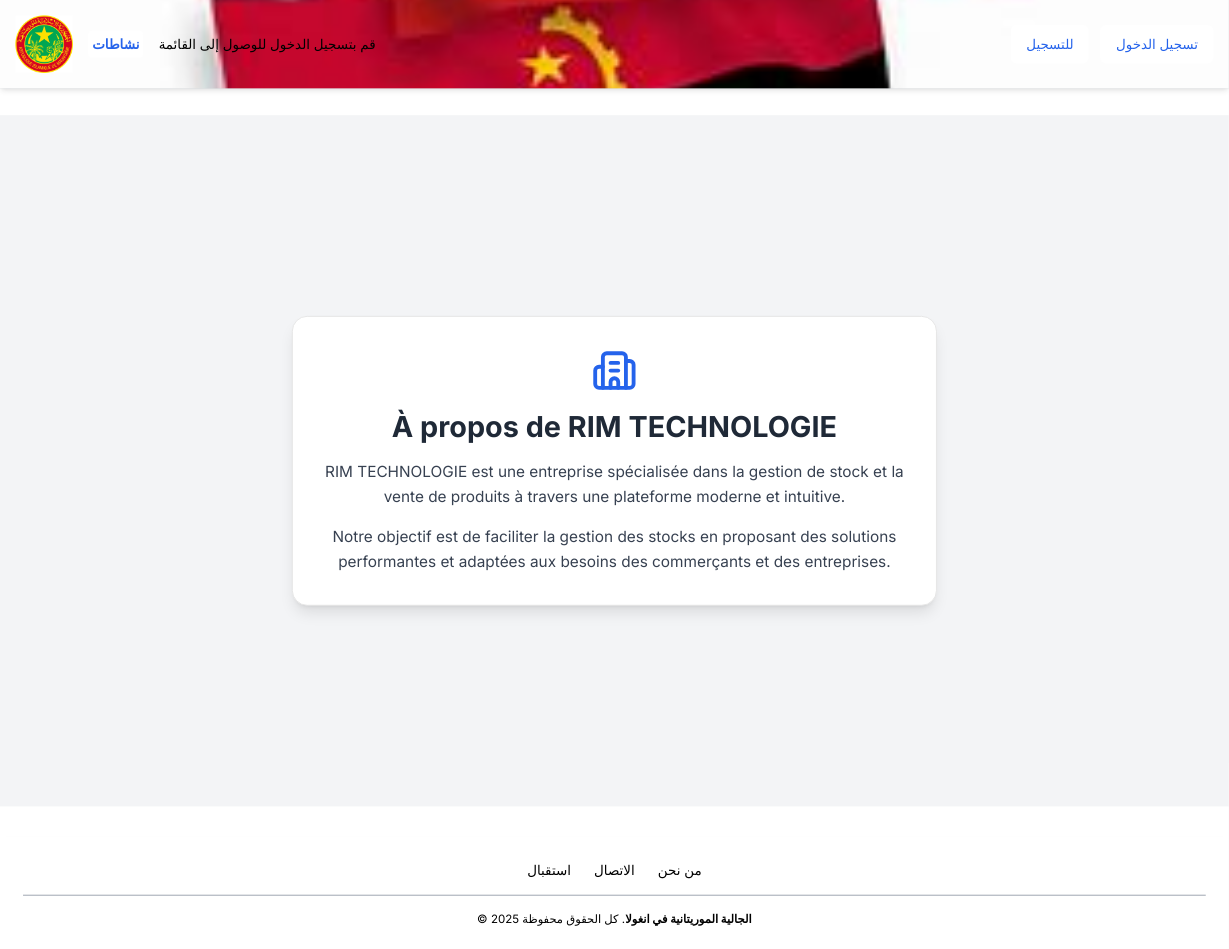
Repository: lamatmed/cmra
Page: /about
The author's editor kept a copy of each file at every save. The page is drawn from the files as they stood at one save, then again after the next save.
The browser window is 1280 px wide. The pictures show the whole page, at 96% of full size.
The project was rebuilt for these pictures with package versions that can differ from the ones it lists, and the page was loaded fresh each time. The framework's server and built-in components were replaced by stand-ins that run in the browser. Also part of the build but not shown: next.config.js, components/ui/dropdown-menu.tsx.

Above is the page before, as saved 2025-04-12 20:00:10.

### app/layout.tsx
import "./globals.css";
import type { Metadata } from "next";
import { Inter } from "next/font/google";
import { AuthProvider } from "@/components/AuthContext";
import NavBar from "@/components/NavBar";
import { Toaster } from "@/components/ui/toaster";
import Footer from "@/components/Footer";

const inter = Inter({ subsets: ["latin"] });

export const metadata: Metadata = {
  title: "الجالية الموريتانية في انغولا",
  description: "Application",
  icons: "/logo.png",
};

export default function RootLayout({
  children,
}: {
  children: React.ReactNode;
}) {
  return (
    <html lang="fr" className={inter.className} suppressHydrationWarning>
      <body className="flex flex-col min-h-screen">
        <AuthProvider>
          <NavBar />
          <main className="flex-grow mt-7">{children}</main>
          <Footer />
        </AuthProvider>
        <Toaster /> {/* Placer Toaster en dehors d'AuthProvider pour éviter sa réinitialisation */}
      </body>
    </html>
  );
}

### app/about/page.tsx
"use client";

import { motion } from "framer-motion";
import { Building2 } from "lucide-react";
import { Card, CardContent } from "@/components/ui/card";

const About = () => {
  return (
    <motion.div
      initial={{ opacity: 0, y: 20 }}
      animate={{ opacity: 1, y: 0 }}
      transition={{ duration: 0.6 }}
      className="flex justify-center items-center min-h-screen bg-gray-100 px-4"
    >
      <Card className="w-full max-w-2xl shadow-lg rounded-2xl overflow-hidden">
        <CardContent className="p-8 text-center">
          <div className="flex justify-center mb-4">
            <Building2 className="w-12 h-12 text-blue-600" />
          </div>
          <h1 className="text-3xl font-bold text-gray-800 mb-4">À propos de RIM TECHNOLOGIE</h1>
          <p className="text-gray-700 leading-relaxed">
            RIM TECHNOLOGIE est une entreprise spécialisée dans la gestion de stock et la vente de
            produits à travers une plateforme moderne et intuitive.
          </p>
          <p className="text-gray-700 leading-relaxed mt-4">
            Notre objectif est de faciliter la gestion des stocks en proposant des solutions performantes et adaptées aux besoins des commerçants et des entreprises.
          </p>
        </CardContent>
      </Card>
    </motion.div>
  );
};

export default About;

### components/AuthContext.tsx
"use client";

import { createContext, useState, useEffect, useCallback } from "react";

interface User {
  nni: string;
  id: string;
  name: string;
  role: string;
  photo: string| undefined;
  address: string| undefined;
  job:  string| undefined;
  domain : string| undefined;
  cv: string| undefined
}

interface AuthContextType {
  user: User | null;
  isAuthenticated: boolean;
  login: (token: string) => void;
  logout: () => void;
}

export const AuthContext = createContext<AuthContextType | null>(null);

export function AuthProvider({ children }: { children: React.ReactNode }) {
  const [user, setUser] = useState<User | null>(null);
  const [isAuthenticated, setIsAuthenticated] = useState(false);

  // ✅ `fetchUser` est maintenant stable grâce à `useCallback`
  const fetchUser = useCallback((token: string) => {
    console.log("🔍 Envoi du token pour récupération de l'utilisateur...");

    fetch("/api/me", {
      headers: { Authorization: `Bearer ${token}` },
    })
      .then((res) => res.json())
      .then((data) => {
        console.log("🔍 Réponse API:", data);
        if (data.user) {
          setUser(data.user);
          setIsAuthenticated(true);
        } else {
          throw new Error("Utilisateur non trouvé");
        }
      })
      .catch((error) => {
        console.log("❌ Erreur lors de la récupération de l'utilisateur:", error);
        logout(); // Un seul appel ici
      });
  }, []);


  useEffect(() => {
    const token = localStorage.getItem("token");
    if (token) {
      fetchUser(token); // ✅ Plus de warning
    }
  }, [fetchUser]); // ✅ fetchUser est maintenant stable

  function login(token: string) {
    console.log("✅ Connexion réussie, stockage du token...");
    localStorage.setItem("token", token);
    fetchUser(token);
  }

  function logout() {
    console.log("🚪 Déconnexion, suppression du token...");
    localStorage.removeItem("token");
    setUser(null);
    setIsAuthenticated(false);
  }

  return (
    <AuthContext.Provider value={{ user, isAuthenticated, login, logout }}>
      {children}
    </AuthContext.Provider>
  );
}

### components/ui/toaster.tsx
'use client';

import { useToast } from '@/hooks/use-toast';
import {
  Toast,
  ToastClose,
  ToastDescription,
  ToastProvider,
  ToastTitle,
  ToastViewport,
} from '@/components/ui/toast';

export function Toaster() {
  const { toasts } = useToast();

  return (
    <ToastProvider>
      {toasts.map(function ({ id, title, description, action, ...props }) {
        return (
          <Toast key={id} {...props}>
            <div className="grid gap-1">
              {title && <ToastTitle>{title}</ToastTitle>}
              {description && (
                <ToastDescription>{description}</ToastDescription>
              )}
            </div>
            {action}
            <ToastClose />
          </Toast>
        );
      })}
      <ToastViewport />
    </ToastProvider>
  );
}

### components/Footer.tsx
"use client";

import Link from "next/link";
import { motion } from "framer-motion";

const Footer = () => {
  return (
    <motion.footer
      initial={{ opacity: 0, y: 20 }}
      animate={{ opacity: 1, y: 0 }}
      transition={{ duration: 0.6 }}
      className="w-full py-6 bg-gradient-to-r from-gray-900 to-gray-700 text-white shadow-md mt-8"
      style={{
        backgroundImage: "url('/')", // Remplace par ton image
        backgroundSize: "cover",
        backgroundPosition: "center",
      }}
    >
      <div className="container mx-auto px-6 max-w-7xl text-center">
        {/* Liens rapides */}
        <nav className="mb-4 flex justify-center space-x-6 bg-white text-black">
          <Link href="/" className="text-sm hover:bg-blue-400 transition ">
            استقبال
          </Link>
          <Link
            href="/contact"
            className="text-sm hover:text-blue-900transition hover:bg-blue-400 "
          >
            الاتصال
          </Link>
          <Link
            href="/about"
            className="text-sm hover:bg-blue-400 transition"
          >
            من نحن
          </Link>
        </nav>

        {/* Copyright */}
        <div className="border-t border-gray-400 pt-4 text-center px-2 sm:px-4">
          <p className="text-[10px] sm:text-xs text-black whitespace-nowrap bg-white">
            © {new Date().getFullYear()}{" "}
            <span className="font-bold">الجالية الموريتانية في انغولا</span>
            . كل الحقوق محفوظة
          </p>
        </div>
      </div>
    </motion.footer>
  );
};

export default Footer;

### components/ui/card.tsx
import * as React from 'react';

import { cn } from '@/lib/utils';

const Card = React.forwardRef<
  HTMLDivElement,
  React.HTMLAttributes<HTMLDivElement>
>(({ className, ...props }, ref) => (
  <div
    ref={ref}
    className={cn(
      'rounded-lg border bg-card text-card-foreground shadow-sm',
      className
    )}
    {...props}
  />
));
Card.displayName = 'Card';

const CardHeader = React.forwardRef<
  HTMLDivElement,
  React.HTMLAttributes<HTMLDivElement>
>(({ className, ...props }, ref) => (
  <div
    ref={ref}
    className={cn('flex flex-col space-y-1.5 p-6', className)}
    {...props}
  />
));
CardHeader.displayName = 'CardHeader';

const CardTitle = React.forwardRef<
  HTMLParagraphElement,
  React.HTMLAttributes<HTMLHeadingElement>
>(({ className, ...props }, ref) => (
  <h3
    ref={ref}
    className={cn(
      'text-2xl font-semibold leading-none tracking-tight',
      className
    )}
    {...props}
  />
));
CardTitle.displayName = 'CardTitle';

const CardDescription = React.forwardRef<
  HTMLParagraphElement,
  React.HTMLAttributes<HTMLParagraphElement>
>(({ className, ...props }, ref) => (
  <p
    ref={ref}
    className={cn('text-sm text-muted-foreground', className)}
    {...props}
  />
));
CardDescription.displayName = 'CardDescription';

const CardContent = React.forwardRef<
  HTMLDivElement,
  React.HTMLAttributes<HTMLDivElement>
>(({ className, ...props }, ref) => (
  <div ref={ref} className={cn('p-6 pt-0', className)} {...props} />
));
CardContent.displayName = 'CardContent';

const CardFooter = React.forwardRef<
  HTMLDivElement,
  React.HTMLAttributes<HTMLDivElement>
>(({ className, ...props }, ref) => (
  <div
    ref={ref}
    className={cn('flex items-center p-6 pt-0', className)}
    {...props}
  />
));
CardFooter.displayName = 'CardFooter';

export {
  Card,
  CardHeader,
  CardFooter,
  CardTitle,
  CardDescription,
  CardContent,
};

### components/ui/button.tsx
import * as React from 'react';
import { Slot } from '@radix-ui/react-slot';
import { cva, type VariantProps } from 'class-variance-authority';

import { cn } from '@/lib/utils';

const buttonVariants = cva(
  'inline-flex items-center justify-center whitespace-nowrap rounded-md text-sm font-medium ring-offset-background transition-colors focus-visible:outline-none focus-visible:ring-2 focus-visible:ring-ring focus-visible:ring-offset-2 disabled:pointer-events-none disabled:opacity-50',
  {
    variants: {
      variant: {
        default: 'bg-primary text-primary-foreground hover:bg-primary/90',
        destructive:
          'bg-destructive text-destructive-foreground hover:bg-destructive/90',
        outline:
          'border border-input bg-background hover:bg-accent hover:text-accent-foreground',
        secondary:
          'bg-secondary text-secondary-foreground hover:bg-secondary/80',
        ghost: 'hover:bg-accent hover:text-accent-foreground',
        link: 'text-primary underline-offset-4 hover:underline',
      },
      size: {
        default: 'h-10 px-4 py-2',
        sm: 'h-9 rounded-md px-3',
        lg: 'h-11 rounded-md px-8',
        icon: 'h-10 w-10',
      },
    },
    defaultVariants: {
      variant: 'default',
      size: 'default',
    },
  }
);

export interface ButtonProps
  extends React.ButtonHTMLAttributes<HTMLButtonElement>,
    VariantProps<typeof buttonVariants> {
  asChild?: boolean;
}

const Button = React.forwardRef<HTMLButtonElement, ButtonProps>(
  ({ className, variant, size, asChild = false, ...props }, ref) => {
    const Comp = asChild ? Slot : 'button';
    return (
      <Comp
        className={cn(buttonVariants({ variant, size, className }))}
        ref={ref}
        {...props}
      />
    );
  }
);
Button.displayName = 'Button';

export { Button, buttonVariants };

### components/main-nav.tsx
"use client"

import Link from "next/link"
import { usePathname } from "next/navigation"
import { useContext } from "react"
import { AuthContext } from "@/components/AuthContext"
import { cn } from "@/lib/utils"
import {
  Users,
  Clipboard,
  ComputerIcon ,
  LayoutDashboard
} from "lucide-react"

type NavigationItem = {
  name: string;
  href: string;
  icon: React.ComponentType<any>;
}

type Navigation = {
  ADMIN: NavigationItem[];
  USER: NavigationItem[];

}

const navigation: Navigation = {
  ADMIN: [
    { name: "لوحه القياده", href: "/dashboard", icon: LayoutDashboard },

    { name: "مساحتي", href: "/dashboard/espace-user", icon: ComputerIcon},
    { name: "اعضاء", href: "/dashboard/users", icon: Users },
    { name: "انتخاب", href: "/dashboard/config-vote", icon: Clipboard },
  ],
  USER: [
    { name: "لوحه القياده", href: "/dashboard", icon: LayoutDashboard },
    { name: "مساحتي", href: "/dashboard/espace-user", icon: Users },

  ],

}

export function MainNav() {
  const pathname = usePathname()
  const { user, isAuthenticated } = useContext(AuthContext)!;

  // Vérifier le rôle de l'utilisateur
  const userRole = user?.role || "USER";
  const allowedNavigation = navigation[userRole as keyof Navigation] || navigation.USER;

  return (
    <nav className="flex flex-col md:flex-row items-center md:space-x-6 space-y-2 md:space-y-0">
      {isAuthenticated && user ? (
        allowedNavigation.map((item) => {
          const Icon = item.icon
          const isActive = pathname === item.href

          return (
            <Link
              key={item.href}
              href={item.href}
              className={cn(
                "flex items-center text-sm font-medium transition-colors duration-200 px-4 py-2 rounded-lg w-full md:w-auto",
                isActive
                  ? "text-blue-600 bg-gray-100 md:border-b-2 border-blue-600"
                  : "text-gray-700 bg-white hover:text-blue-500 hover:bg-gray-100"
              )}
            >
              <Icon className="mr-2 h-5 w-5" />
              {item.name}
            </Link>
          )
        })
      ) : (
          <span className="text-black text-sm">قم بتسجيل الدخول للوصول إلى القائمة</span>
      )}
    </nav>
  )
}

### hooks/use-toast.ts
'use client';

import { ToastActionElement, ToastProps } from '@/components/ui/toast';
// Inspired by react-hot-toast library
import * as React from 'react';



const TOAST_LIMIT = 1;
const TOAST_REMOVE_DELAY = 1000000;

type ToasterToast = ToastProps& {
  id: string;
  title?: React.ReactNode;
  description?: React.ReactNode;
  action?: ToastActionElement;
};

const actionTypes = {
  ADD_TOAST: 'ADD_TOAST',
  UPDATE_TOAST: 'UPDATE_TOAST',
  DISMISS_TOAST: 'DISMISS_TOAST',
  REMOVE_TOAST: 'REMOVE_TOAST',
} as const;

let count = 0;

function genId() {
  count = (count + 1) % Number.MAX_SAFE_INTEGER;
  return count.toString();
}

type ActionType = typeof actionTypes;

type Action =
  | {
      type: ActionType['ADD_TOAST'];
      toast: ToasterToast;
    }
  | {
      type: ActionType['UPDATE_TOAST'];
      toast: Partial<ToasterToast>;
    }
  | {
      type: ActionType['DISMISS_TOAST'];
      toastId?: ToasterToast['id'];
    }
  | {
      type: ActionType['REMOVE_TOAST'];
      toastId?: ToasterToast['id'];
    };

interface State {
  toasts: ToasterToast[];
}

const toastTimeouts = new Map<string, ReturnType<typeof setTimeout>>();

const addToRemoveQueue = (toastId: string) => {
  if (toastTimeouts.has(toastId)) {
    return;
  }

  const timeout = setTimeout(() => {
    toastTimeouts.delete(toastId);
    dispatch({
      type: 'REMOVE_TOAST',
      toastId: toastId,
    });
  }, TOAST_REMOVE_DELAY);

  toastTimeouts.set(toastId, timeout);
};

export const reducer = (state: State, action: Action): State => {
  switch (action.type) {
    case 'ADD_TOAST':
      return {
        ...state,
        toasts: [action.toast, ...state.toasts].slice(0, TOAST_LIMIT),
      };

    case 'UPDATE_TOAST':
      return {
        ...state,
        toasts: state.toasts.map((t) =>
          t.id === action.toast.id ? { ...t, ...action.toast } : t
        ),
      };

    case 'DISMISS_TOAST': {
      const { toastId } = action;

      // ! Side effects ! - This could be extracted into a dismissToast() action,
      // but I'll keep it here for simplicity
      if (toastId) {
        addToRemoveQueue(toastId);
      } else {
        state.toasts.forEach((toast) => {
          addToRemoveQueue(toast.id);
        });
      }

      return {
        ...state,
        toasts: state.toasts.map((t) =>
          t.id === toastId || toastId === undefined
            ? {
                ...t,
                open: false,
              }
            : t
        ),
      };
    }
    case 'REMOVE_TOAST':
      if (action.toastId === undefined) {
        return {
          ...state,
          toasts: [],
        };
      }
      return {
        ...state,
        toasts: state.toasts.filter((t) => t.id !== action.toastId),
      };
  }
};

const listeners: Array<(state: State) => void> = [];

let memoryState: State = { toasts: [] };

function dispatch(action: Action) {
  memoryState = reducer(memoryState, action);
  listeners.forEach((listener) => {
    listener(memoryState);
  });
}

type Toast = Omit<ToasterToast, 'id'>;

function toast({ ...props }: Toast) {
  const id = genId();

  const update = (props: ToasterToast) =>
    dispatch({
      type: 'UPDATE_TOAST',
      toast: { ...props, id },
    });
  const dismiss = () => dispatch({ type: 'DISMISS_TOAST', toastId: id });

  dispatch({
    type: 'ADD_TOAST',
    toast: {
      ...props,
      id,
      open: true,
      onOpenChange: (open) => {
        if (!open) dismiss();
      },
    },
  });

  return {
    id: id,
    dismiss,
    update,
  };
}

function useToast() {
  const [state, setState] = React.useState<State>(memoryState);

  React.useEffect(() => {
    listeners.push(setState);
    return () => {
      const index = listeners.indexOf(setState);
      if (index > -1) {
        listeners.splice(index, 1);
      }
    };
  }, [state]);

  return {
    ...state,
    toast,
    dismiss: (toastId?: string) => dispatch({ type: 'DISMISS_TOAST', toastId }),
  };
}

export { useToast, toast };

### components/ui/toast.tsx
'use client';

import * as React from 'react';
import * as ToastPrimitives from '@radix-ui/react-toast';
import { cva, type VariantProps } from 'class-variance-authority';
import { X } from 'lucide-react';

import { cn } from '@/lib/utils';

const ToastProvider = ToastPrimitives.Provider;

const ToastViewport = React.forwardRef<
  React.ElementRef<typeof ToastPrimitives.Viewport>,
  React.ComponentPropsWithoutRef<typeof ToastPrimitives.Viewport>
>(({ className, ...props }, ref) => (
  <ToastPrimitives.Viewport
    ref={ref}
    className={cn(
      'fixed top-0 z-[100] flex max-h-screen w-full flex-col-reverse p-4 sm:bottom-0 sm:right-0 sm:top-auto sm:flex-col md:max-w-[420px]',
      className
    )}
    {...props}
  />
));
ToastViewport.displayName = ToastPrimitives.Viewport.displayName;

const toastVariants = cva(
  'group pointer-events-auto relative flex w-full items-center justify-between space-x-4 overflow-hidden rounded-md border p-6 pr-8 shadow-lg transition-all data-[swipe=cancel]:translate-x-0 data-[swipe=end]:translate-x-[var(--radix-toast-swipe-end-x)] data-[swipe=move]:translate-x-[var(--radix-toast-swipe-move-x)] data-[swipe=move]:transition-none data-[state=open]:animate-in data-[state=closed]:animate-out data-[swipe=end]:animate-out data-[state=closed]:fade-out-80 data-[state=closed]:slide-out-to-right-full data-[state=open]:slide-in-from-top-full data-[state=open]:sm:slide-in-from-bottom-full',
  {
    variants: {
      variant: {
        default: 'border bg-background text-foreground',
        destructive:
          'destructive group border-destructive bg-destructive text-destructive-foreground',
      },
    },
    defaultVariants: {
      variant: 'default',
    },
  }
);

const Toast = React.forwardRef<
  React.ElementRef<typeof ToastPrimitives.Root>,
  React.ComponentPropsWithoutRef<typeof ToastPrimitives.Root> &
    VariantProps<typeof toastVariants>
>(({ className, variant, ...props }, ref) => {
  return (
    <ToastPrimitives.Root
      ref={ref}
      className={cn(toastVariants({ variant }), className)}
      {...props}
    />
  );
});
Toast.displayName = ToastPrimitives.Root.displayName;

const ToastAction = React.forwardRef<
  React.ElementRef<typeof ToastPrimitives.Action>,
  React.ComponentPropsWithoutRef<typeof ToastPrimitives.Action>
>(({ className, ...props }, ref) => (
  <ToastPrimitives.Action
    ref={ref}
    className={cn(
      'inline-flex h-8 shrink-0 items-center justify-center rounded-md border bg-transparent px-3 text-sm font-medium ring-offset-background transition-colors hover:bg-secondary focus:outline-none focus:ring-2 focus:ring-ring focus:ring-offset-2 disabled:pointer-events-none disabled:opacity-50 group-[.destructive]:border-muted/40 group-[.destructive]:hover:border-destructive/30 group-[.destructive]:hover:bg-destructive group-[.destructive]:hover:text-destructive-foreground group-[.destructive]:focus:ring-destructive',
      className
    )}
    {...props}
  />
));
ToastAction.displayName = ToastPrimitives.Action.displayName;

const ToastClose = React.forwardRef<
  React.ElementRef<typeof ToastPrimitives.Close>,
  React.ComponentPropsWithoutRef<typeof ToastPrimitives.Close>
>(({ className, ...props }, ref) => (
  <ToastPrimitives.Close
    ref={ref}
    className={cn(
      'absolute right-2 top-2 rounded-md p-1 text-foreground/50 opacity-0 transition-opacity hover:text-foreground focus:opacity-100 focus:outline-none focus:ring-2 group-hover:opacity-100 group-[.destructive]:text-red-300 group-[.destructive]:hover:text-red-50 group-[.destructive]:focus:ring-red-400 group-[.destructive]:focus:ring-offset-red-600',
      className
    )}
    toast-close=""
    {...props}
  >
    <X className="h-4 w-4" />
  </ToastPrimitives.Close>
));
ToastClose.displayName = ToastPrimitives.Close.displayName;

const ToastTitle = React.forwardRef<
  React.ElementRef<typeof ToastPrimitives.Title>,
  React.ComponentPropsWithoutRef<typeof ToastPrimitives.Title>
>(({ className, ...props }, ref) => (
  <ToastPrimitives.Title
    ref={ref}
    className={cn('text-sm font-semibold', className)}
    {...props}
  />
));
ToastTitle.displayName = ToastPrimitives.Title.displayName;

const ToastDescription = React.forwardRef<
  React.ElementRef<typeof ToastPrimitives.Description>,
  React.ComponentPropsWithoutRef<typeof ToastPrimitives.Description>
>(({ className, ...props }, ref) => (
  <ToastPrimitives.Description
    ref={ref}
    className={cn('text-sm opacity-90', className)}
    {...props}
  />
));
ToastDescription.displayName = ToastPrimitives.Description.displayName;

type ToastProps = React.ComponentPropsWithoutRef<typeof Toast>;

type ToastActionElement = React.ReactElement<typeof ToastAction>;

export {
  type ToastProps,
  type ToastActionElement,
  ToastProvider,
  ToastViewport,
  Toast,
  ToastTitle,
  ToastDescription,
  ToastClose,
  ToastAction,
};

Loaded but not shown: app/globals.css (common file); lib/utils.ts (common file); tailwind.config.ts (common file); components/NavBar.tsx (166 lines, source omitted)

After the next save:
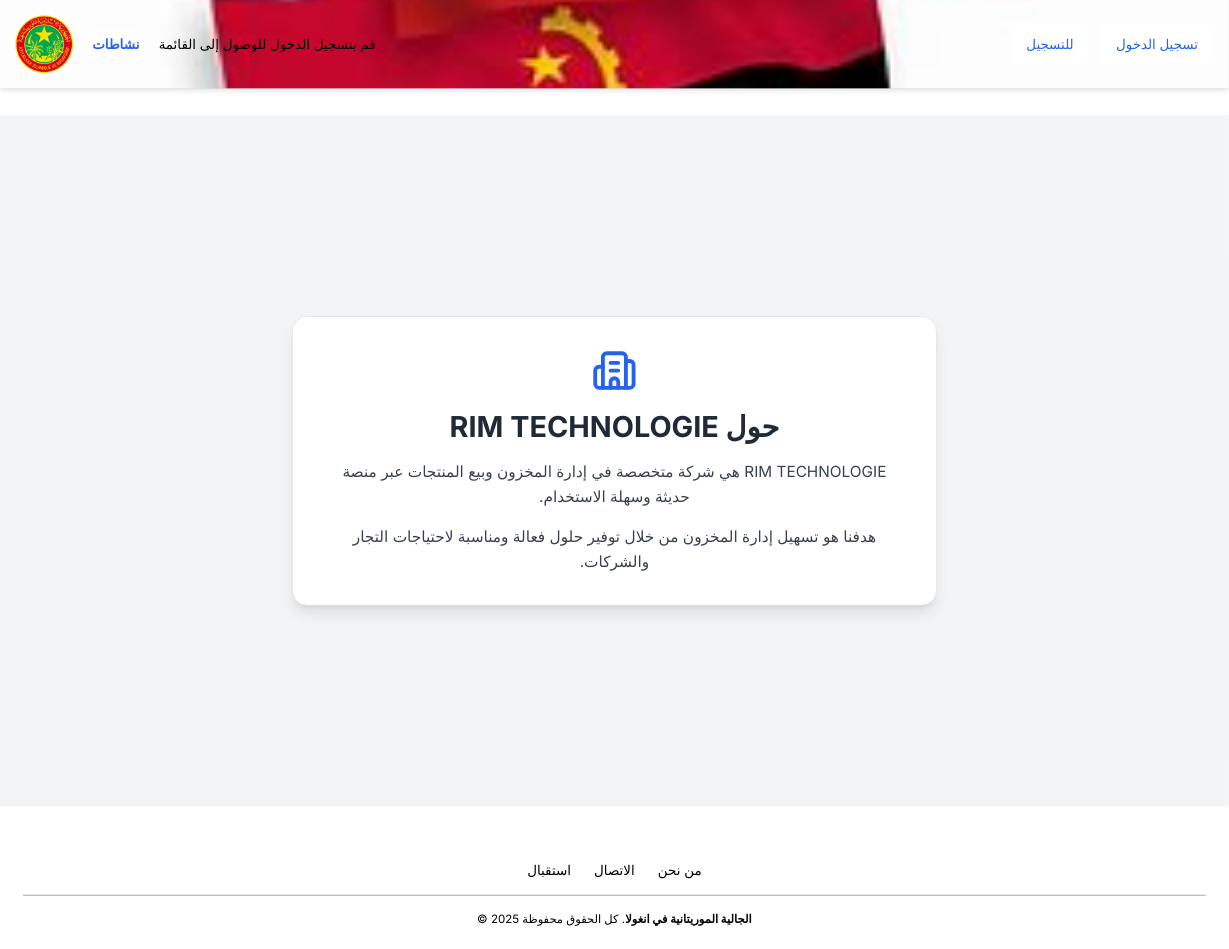
Saved 2 min 12 s later.
--- a/app/about/page.tsx
+++ b/app/about/page.tsx
@@ -11,19 +11,19 @@
       animate={{ opacity: 1, y: 0 }}
       transition={{ duration: 0.6 }}
       className="flex justify-center items-center min-h-screen bg-gray-100 px-4"
+      dir="rtl"
     >
       <Card className="w-full max-w-2xl shadow-lg rounded-2xl overflow-hidden">
         <CardContent className="p-8 text-center">
           <div className="flex justify-center mb-4">
             <Building2 className="w-12 h-12 text-blue-600" />
           </div>
-          <h1 className="text-3xl font-bold text-gray-800 mb-4">À propos de RIM TECHNOLOGIE</h1>
+          <h1 className="text-3xl font-bold text-gray-800 mb-4">حول RIM TECHNOLOGIE</h1>
           <p className="text-gray-700 leading-relaxed">
-            RIM TECHNOLOGIE est une entreprise spécialisée dans la gestion de stock et la vente de
-            produits à travers une plateforme moderne et intuitive.
+            RIM TECHNOLOGIE هي شركة متخصصة في إدارة المخزون وبيع المنتجات عبر منصة حديثة وسهلة الاستخدام.
           </p>
           <p className="text-gray-700 leading-relaxed mt-4">
-            Notre objectif est de faciliter la gestion des stocks en proposant des solutions performantes et adaptées aux besoins des commerçants et des entreprises.
+            هدفنا هو تسهيل إدارة المخزون من خلال توفير حلول فعالة ومناسبة لاحتياجات التجار والشركات.
           </p>
         </CardContent>
       </Card>
